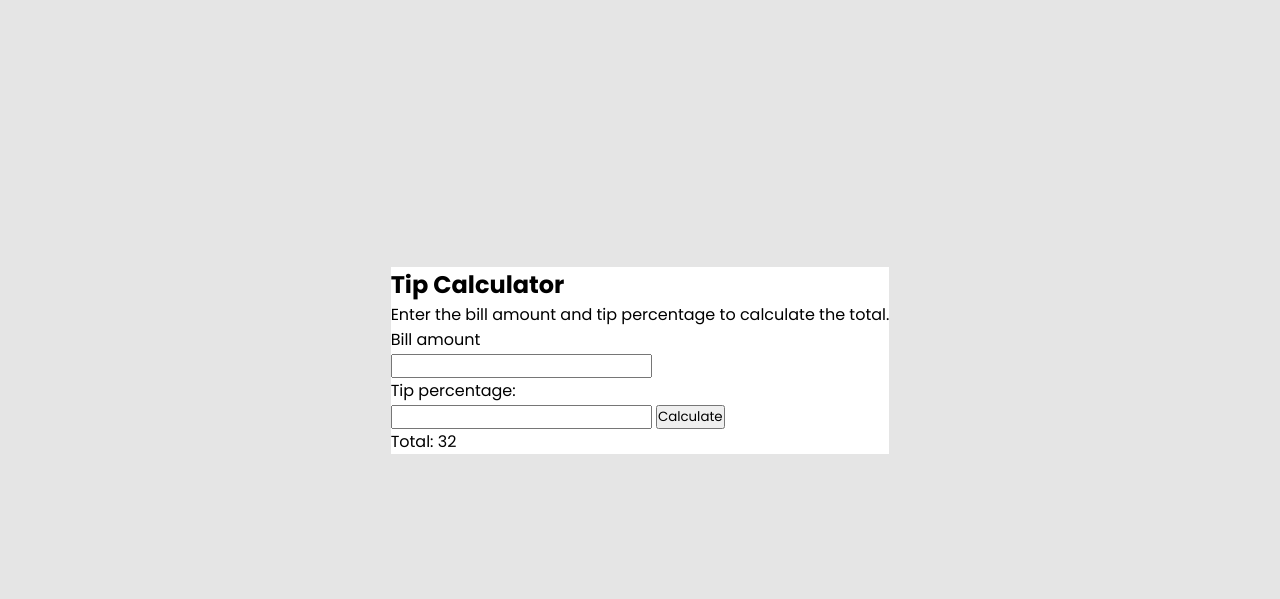
Repository: Ankitkr2021/Tip-Calculator
Page: index.html
An editor plug-in stored every save of this project. The page is shown before and after the next save, followed by the edit.
The browser window is 1280 px wide. The pictures show the whole page.

Above is the page before, as saved 2025-10-27 10:49:52.

After the next save:
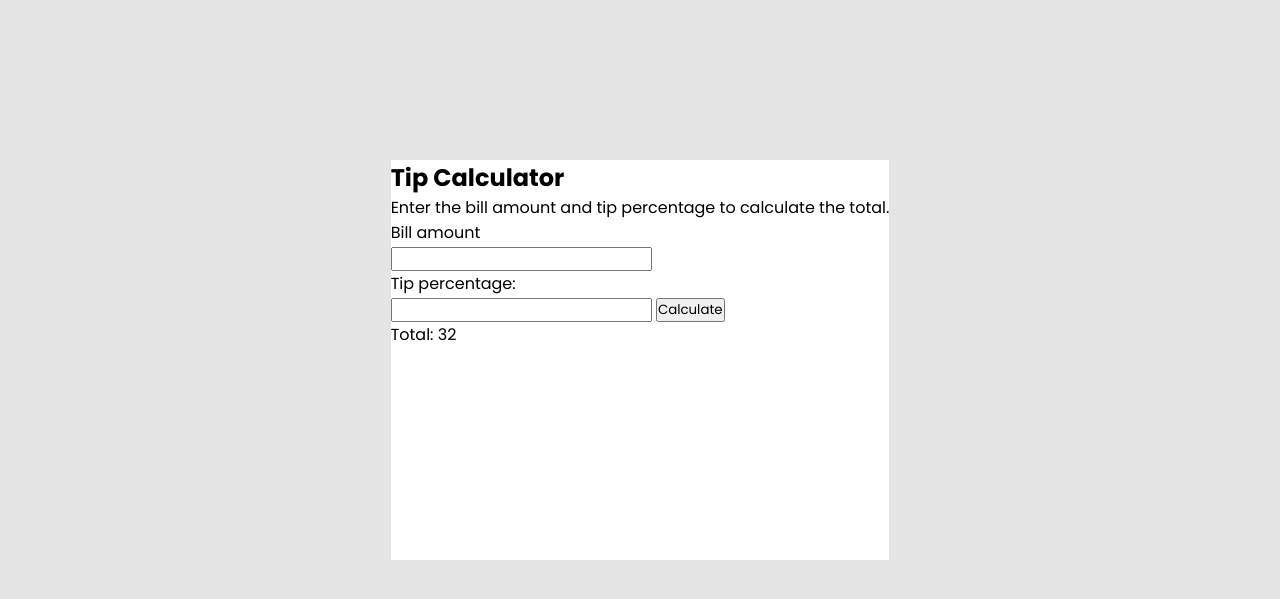
Saved 9 s later.
--- a/style.css
+++ b/style.css
@@ -18,4 +18,5 @@ body {
 
 .box {
     background: #fff;
+    height: 400px;
 }
